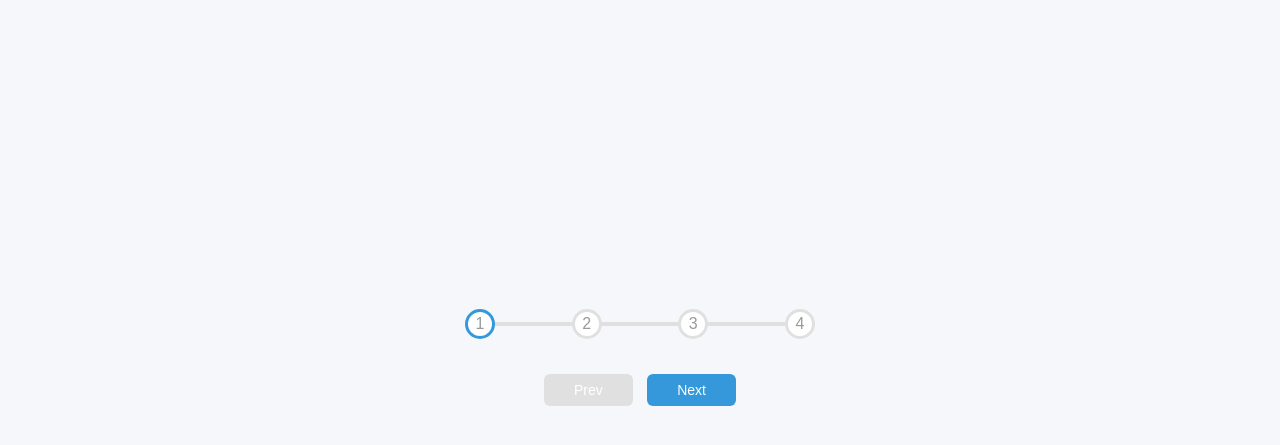
Repository: MMXiaohang/50projects50days-copy
Page: 2-progress-steps/index copy.html
The author's editor kept a copy of each file at every save. The page is drawn from the files as they stood at one save, then again after the next save.
The browser window is 1280 px wide. The pictures show the whole page.
After loading, the first visible `#next` was clicked once.
Some web fonts or font styles are not loaded; a fallback is used.

Above is the page before, as saved 2022-06-08 17:11:27.

### 2-progress-steps/index copy.html
<!DOCTYPE html>
<html lang="en">
  <head>
    <meta charset="UTF-8" />
    <meta name="viewport" content="width=device-width, initial-scale=1.0" />
    <link rel="stylesheet" href="style copy.css" />
    <title>Progress Steps</title>
  </head>
  <body>
    <div class="container">
      <div class="progress-container">
        <div class="progress" id="progress"></div>
        <div class="circle">1</div>
        <div class="circle">2</div>
        <div class="circle">3</div>
        <div class="circle">4</div>
      </div>

      <button class="btn" id="prev" disabled>Prev</button>
      <button class="btn" id="next">Next</button>
    </div>
    <script src="script copy.js"></script>
  </body>
</html>

### 2-progress-steps/style copy.css
@import url('https://fonts.googleapis.com/css?family=Muli&display=swap');

:root {
  --line-border-fill: #3498db;
  --line-border-empty: #e0e0e0;
}

* {
  box-sizing: border-box;
}

body {
  background-color: #f6f7fb;
  font-family: 'Muli', sans-serif;
  display: flex;
  align-items: center;
  justify-content: center;
  height: 100vh;
  overflow: hidden;
  margin: 0;
}

.container {
  text-align: center;
}

.progress-container {
  display: flex;
  justify-content: space-between;
  position: relative;
  margin-bottom: 30px;
  max-width: 100%;
  width: 350px;
}

.progress-container::before {
  content: '';
  background-color: var(--line-border-empty);
  position: absolute;
  top: 50%;
  left: 0;
  transform: translateY(-50%);
  height: 4px;
  width: 100%;
  z-index: -1;  /* 保证横线被压在下面 */
}

.progress {
  background-color: var(--line-border-fill);
  position: absolute;
  top: 50%;
  left: 0;
  transform: translateY(-50%);
  height: 4px;
  width: 0%;
  z-index: -1;
  transition: 0.4s ease;
}

.circle{
  background-color: #fff;
  color: #999;
  border-radius: 50%;
  height: 30px;
  width: 30px;
  display: grid;
  place-items: center;
  border: 3px solid var(--line-border-empty);
  transition: 0.4s ease;
}

.circle.active{
  border-color: var(--line-border-fill);
}

.btn{
  background-color: var(--line-border-fill);
  color: #fff;
  border: 0;
  border-radius: 6px;
  cursor: pointer;
  font-family: inherit;
  padding: 8px 30px;
  margin: 5px;
  font-size: 14px;
  transition: 0.2s ease;
}

.btn:active{
  transform: scale(0.98);
}

.btn:focus{
  outline: 0;
}

.btn:disabled{
  background-color: var(--line-border-empty);
  cursor: not-allowed;
}

### 2-progress-steps/script copy.js
const progress = document.querySelector("#progress");
const prev = document.querySelector("#prev");
const next = document.querySelector("#next");
const circles = document.querySelectorAll(".circle");

let curActive = 0;

next.addEventListener("click", () => {
  curActive++;
  if (curActive > circles.length) {
    curActive = circles.length;
  }
  update();
});

prev.addEventListener("click", () => {
  curActive--;
  if (curActive < 0) {
    curActive = 0;
  }
  update();
});

const update = () => {
  // 更新circles
  circles.forEach((circle, idx) => {
    if (idx < curActive) {
      circle.classList.add("active");
    } else {
      circle.classList.remove("active");
    }
  });

  const actives = document.querySelectorAll(".active");
  progress.style.width =
    ((actives.length - 1) / (circles.length - 1)) * 100 + "%";

  if (curActive === 1) {
    prev.disabled = true;
  } else if (curActive === circles.length) {
    next.disabled = true;
  } else {
    prev.disabled = false;
    next.disabled = false;
  }
};

After the next save:
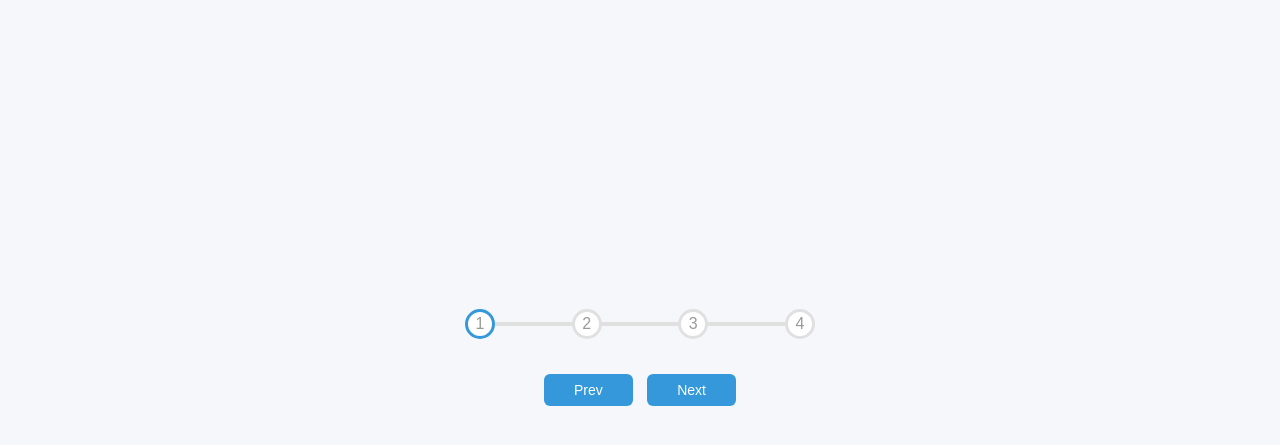
Saved 17 s later.
--- a/2-progress-steps/script copy.js
+++ b/2-progress-steps/script copy.js
@@ -35,7 +35,7 @@ const update = () => {
   progress.style.width =
     ((actives.length - 1) / (circles.length - 1)) * 100 + "%";
 
-  if (curActive === 1) {
+  if (curActive === 0) {
     prev.disabled = true;
   } else if (curActive === circles.length) {
     next.disabled = true;
